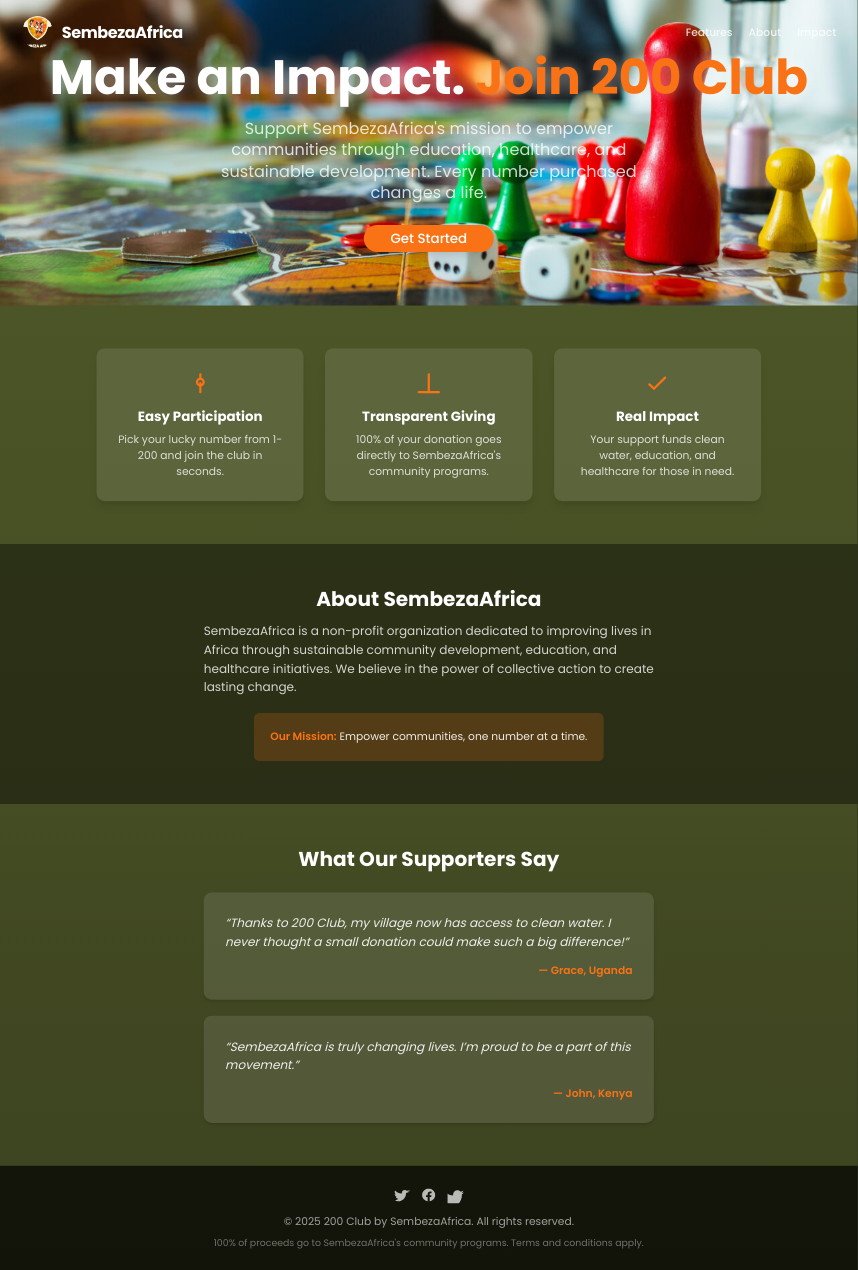
Repository: kaizoku010/200club
Page: /
The author's editor kept a copy of each file at every save. The page is drawn from the files as they stood at one save, then again after a run of saves.
The browser window is 1280 px wide. The pictures show the whole page, at 67% of full size.
Backgrounds fixed to the window are drawn as part of the page. The project was rebuilt for these pictures with package versions that can differ from the ones it lists, and the page was loaded fresh each time. Also part of the build but not shown: vite.config.ts, src/components/ui/tooltip.tsx, src/components/Header.tsx, src/services/soundService.ts, src/components/NumberGrid.tsx, src/components/ui/use-toast.ts, src/components/ui/sound-button.tsx, src/components/RandomizeButton.tsx and 13 more.

Above is the page before, as saved 2025-06-10 10:44:17.

After the next 2 saves:
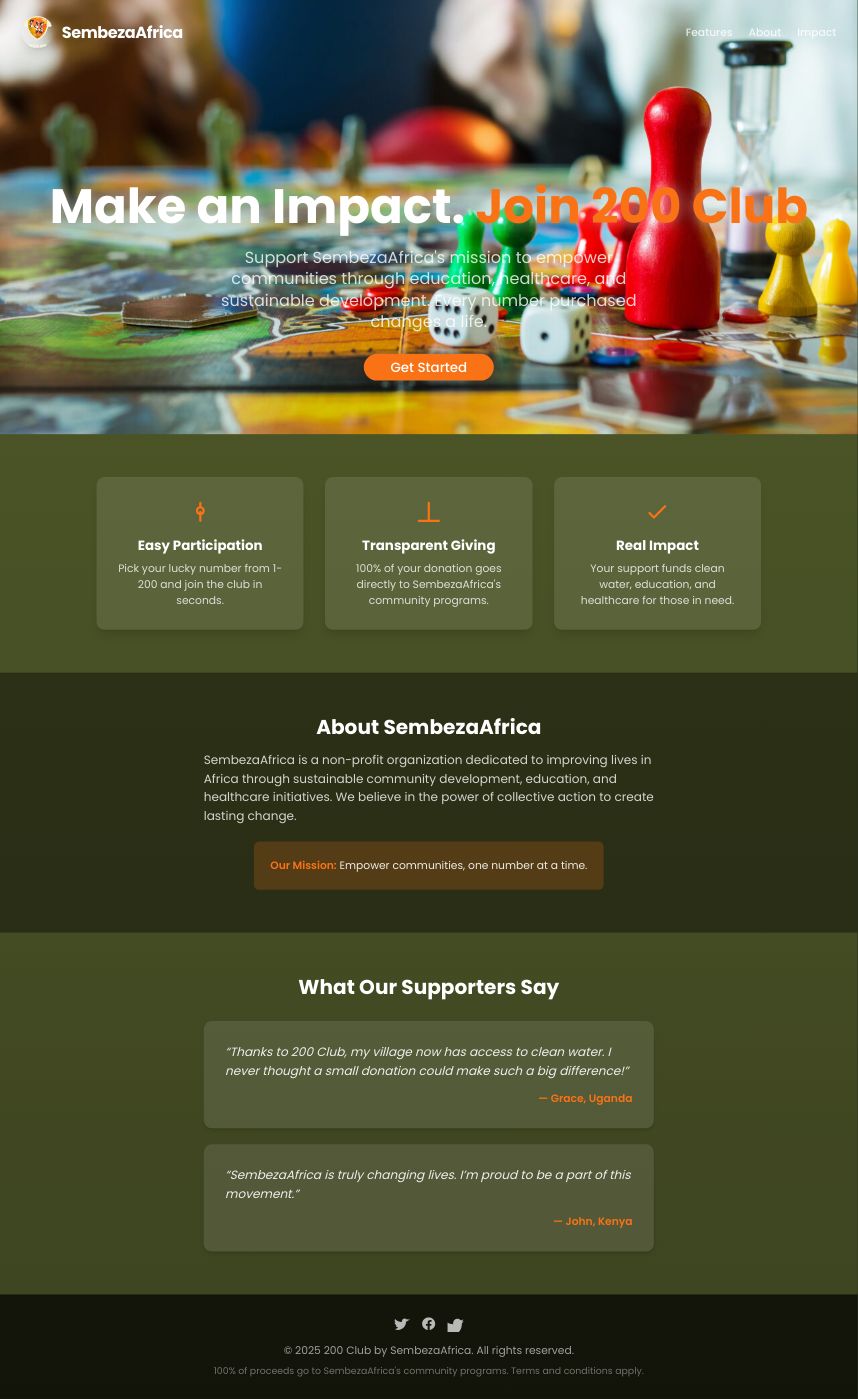
The 2 saves are shown as one change because they came seconds apart.
The last was saved 5 s later.
--- a/src/pages/main.css
+++ b/src/pages/main.css
@@ -15,5 +15,5 @@ z-index: 1111111111;
 }
 
 #hero-title{
-
+    margin-top: 12rem;
 }
